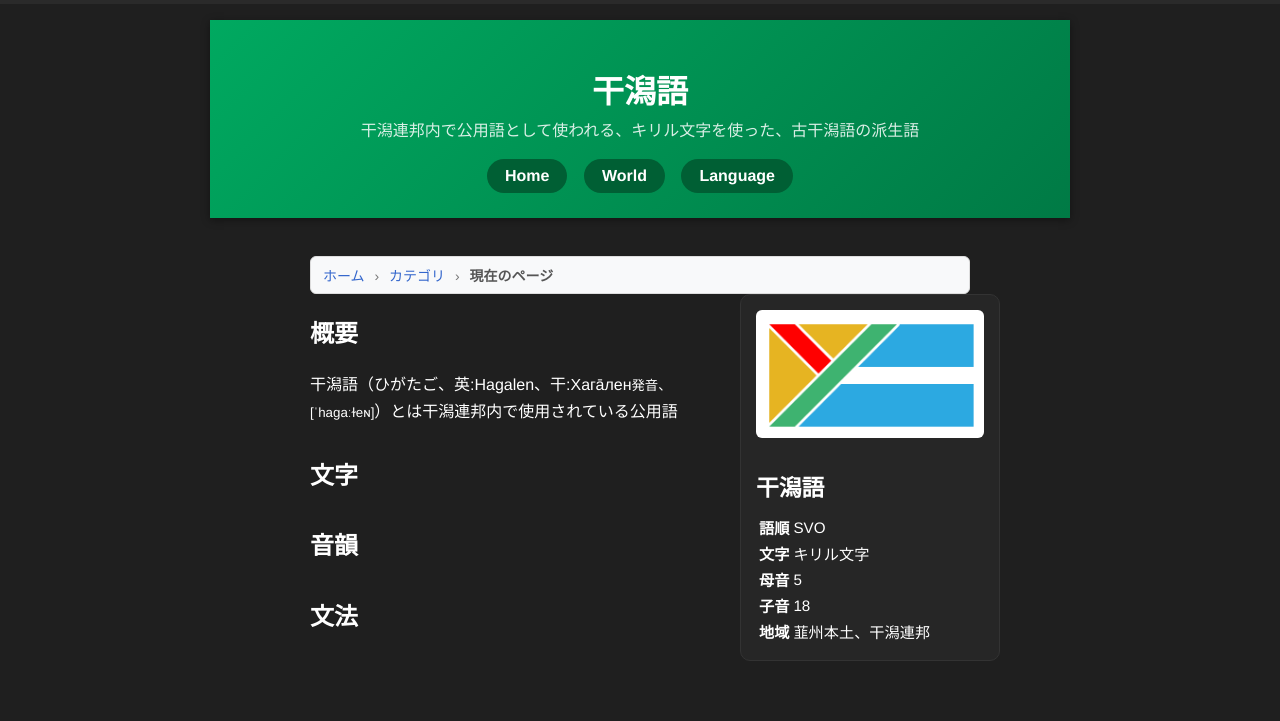
Repository: Player5270-antake/Player5270-antake.github.io
Page: language/hagalen/index.html
The author's editor kept a copy of each file at every save. The page is drawn from the files as they stood at one save, then again after the next save.
The browser window is 1280 px wide. The pictures show the whole page.

Above is the page before, as saved 2026-03-08 22:52:37.

### language/hagalen/index.html
<!DOCTYPE html>
<html lang="ja">
<head>
    <meta charset="UTF-8">
    <meta name="viewport" content="width=device-width, initial-scale=1.0">
    <title>干潟語 | あんたけのガレージセンター</title>
    <link rel="stylesheet" href="../../css/base.css">
    <link rel="stylesheet" href="../../css/layout.css">
    <link rel="stylesheet" href="../../css/header.css">
    <link rel="stylesheet" href="../../css/subpage.css">
</head>
<body class="subpage">
    <div class="progress-bar">
        <div class="progress"></div>
    </div>
    <div class="container">
        <header>
            <h1>干潟語</h1>
            <p>干潟連邦内で公用語として使われる、キリル文字を使った、古干潟語の派生語</p>
            <nav class="header-nav">
                <a href="../../">Home</a>
                <a href="../../world/">World</a>
                <a href="../">Language</a>
            </nav>
        </header>
        <main>
            <nav class="breadcrumb">
                <a href="../../">ホーム</a>
                <span class="sep">›</span>
                <a href="/category">カテゴリ</a>
                <span class="sep">›</span>
                <span class="current">現在のページ</span>
            </nav>
            <button class="toc-toggle" id="tocToggle">
            <span></span>
            <span></span>
            <span></span>
            </button>

            <nav class="toc" id="toc">
            <ul id="tocList">
            </ul>
            </nav>

            <div class="page-layout">

            <article class="article">

            <section id="overview">
            <h2>概要</h2>
            <p>干潟語（ひがたご、英:Hagalen、干:Хага̄лен<small>発音、[ˈhaɡaːɫeɴ]</small>）とは干潟連邦内で使用されている公用語</p>
            </section>

            <section id="character">
            <h2>文字</h2>
            </section>

            <section id="phonology">
            <h2>音韻</h2>
            </section>

            <section id="grammar">
            <h2>文法</h2>
            </section>

            </article>

            <aside class="infobox">
                <img src="../../image/flag_hagalen.png" alt="言語旗">
                <h2>干潟語</h2>

                <table>

                <tr>
                <th>語順</th>
                <td>SVO</td>
                </tr>

                <tr>
                <th>文字</th>
                <td>キリル文字</td>
                </tr>

                <tr>
                <th>母音</th>
                <td>5</td>
                </tr>

                <tr>
                <th>子音</th>
                <td>18</td>
                </tr>

                <tr>
                <th>地域</th>
                <td>韮州本土、干潟連邦</td>
                </tr>
                </table>
            </aside>
        </main>
    </div>
    <script src="../../javascript/toc.js" defer></script>
    <script src="../../javascript/progress.js" defer></script>
    <script src="../../javascript/toc-toggle.js" defer></script>
</body>
</html>

### css/base.css
/* リセット・基本 */
*{
    box-sizing:border-box;
}

body{
    background-color:#1f1f1f;
    color:white;
    font-family:'Helvetica Neue','Helvetica','Arial',sans-serif;
    margin:0;
}

html{
    scroll-behavior:smooth;
}

.container{
    max-width:900px;
    margin:0 auto;
    padding:20px;
}

/* 見出し */
h2{
    margin-bottom:10px;
}

/* セクション */
section{
    margin-bottom:30px;
}

/*検索ボックス*/
.search-box{
    position:relative;
    margin-top:10px;
}

#searchInput{
    padding:6px;
    border-radius:6px;
    border:none;
}

#searchResults{
    position:absolute;
    background:#2a2a2a;
    width:200px;
    border-radius:6px;
    margin-top:4px;
}

#searchResults div{
    padding:6px;
}

#searchResults a{
    color:white;
    text-decoration:none;
}

### css/layout.css
/* メイン */
main{
    padding:20px;
    margin-top:20px;
    max-width:700px;
    margin:auto;
}

/* フッター */
footer{
    margin-top:40px;
    padding:25px;
    text-align:center;
    background:#181818;
    border-top:1px solid #333;
}

.footer-nav{
    margin-top:10px;
}

.footer-nav a{
    text-decoration:none;
    color:#aaa;
    margin:0 10px;
}

.footer-nav a:hover{
    color:white;
}

/* スクロールバー */
.progress-bar{
    position:fixed;
    top:0;
    left:0;
    width:100%;
    height:4px;
    background:#2a2a2a;
    z-index:2000;
}

.progress{
    height:100%;
    width:0%;
    background:#4a90e2;
    transition:width 0.1s;
}

/*パンくずリスト*/
.breadcrumb {
    font-size: 14px;
    padding: 8px 12px;
    background: #f8f9fa;
    border: 1px solid #ddd;
    border-radius: 6px;
}

.breadcrumb a {
    text-decoration: none;
    color: #3366cc;
}

.breadcrumb a:hover {
    text-decoration: underline;
}

.breadcrumb .sep {
    margin: 0 6px;
    color: #777;
}

.breadcrumb .current {
    color: #555;
    font-weight: bold;
}

### css/header.css
header{
    background:linear-gradient(135deg,#00a960,#007a45);
    padding:25px;
    text-align:center;
    z-index:1000;
    box-shadow:0 2px 8px rgba(0,0,0,0.4);
}

header h1{
    margin-bottom:5px;
    font-size:32px;
}

header p{
    margin-top:0;
    opacity:0.85;
}

/* ナビ */
nav{
    margin-top:18px;
}

.header-nav a{
    text-decoration:none;
    color:white;
    background-color:#005f34;
    padding:8px 18px;
    margin:0 6px;
    border-radius:20px;
    font-weight:bold;
    display:inline-block;
}

.header-nav a:hover{
    background-color:#004d2b;
    transform:translateY(-2px);
}

### css/subpage.css
/* ヘッダー固定なし */
header{
    position:static;
}

/* 記事 */
.article{
    max-width:800px;
    line-height:1.7;
}

/* ページレイアウト */
.page-layout{
    display:grid;
    grid-template-columns:1fr 250px;
    gap:40px;
}

/* 目次 */
.toc-toggle{
    position:fixed;
    top:20px;
    left:20px;
    width:40px;
    height:40px;
    background:#262626;
    border:1px solid #333;
    border-radius:8px;
    cursor:pointer;
    display:none;
    z-index:2000;
    }

    .toc-toggle span{
    display:block;
    width:20px;
    height:2px;
    background:white;
    margin:6px auto;
}

.toc{
    position:fixed;
    top:80px;
    left:20px;
    background:#262626;
    border:1px solid #333;
    border-radius:10px;
    padding:12px;
    display:none;
    min-width:180px;
}

.toc ul{
    list-style:none;
    padding:0;
    margin:0;
}

.toc a{
    display:block;
    padding:5px;
    color:white;
    text-decoration:none;
    border-radius:5px;
}

.toc a:hover{
    background:#333;
}

.toc a.active{
    background:#333;
    color:#4da3ff;
    font-weight:bold;
}

.toc.open{
    display:block;
}

/* infobox */
.infobox{
    float:right;
    width:260px;
    background:#262626;
    border:1px solid #333;
    border-radius:10px;
    padding:15px;
    margin:0 0 20px 20px;
    font-size:0.95em;
}

.infobox img{
    width:100%;
    border-radius:6px;
    margin-bottom:10px;
}

/* スマホ */
@media (max-width:900px){

    .page-layout{
        grid-template-columns:1fr;
    }

    .toc{
        position:static;
    }

    .infobox{
        float:none;
        width:100%;
        margin:20px 0;
    }

}

### javascript/toc.js
const tocList = document.getElementById("tocList");
const sections = document.querySelectorAll("section");

sections.forEach(section => {

const id = section.id;
const title = section.querySelector("h2").textContent;

const li = document.createElement("li");
const link = document.createElement("a");

link.href = "#" + id;
link.textContent = title;

li.appendChild(link);
tocList.appendChild(li);

});

### javascript/progress.js
window.addEventListener("scroll", () => {

    const scrollTop =
    document.documentElement.scrollTop;

    const scrollHeight =
    document.documentElement.scrollHeight -
    document.documentElement.clientHeight;

    const progress = (scrollTop / scrollHeight) * 100;

    document.querySelector(".progress").style.width =
    progress + "%";
});

### javascript/toc-toggle.js
const button = document.querySelector(".toc-toggle");
const toc = document.querySelector(".toc");

window.addEventListener("scroll", () => {

if(window.scrollY > 300){
button.style.display = "block";
}else{
button.style.display = "none";
}

});

button.addEventListener("click", () => {

toc.classList.toggle("open");

});

After the next save:
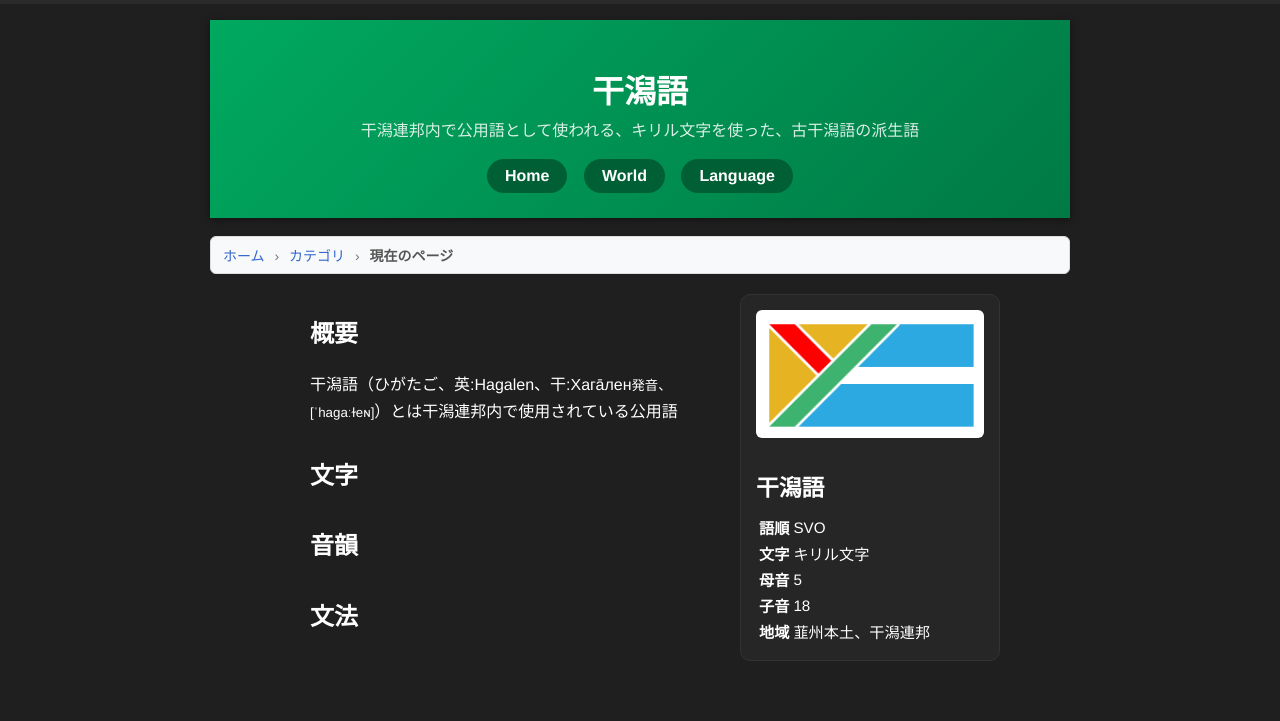
Saved 9 h 50 min later.
--- a/language/hagalen/index.html
+++ b/language/hagalen/index.html
@@ -23,14 +23,15 @@
                 <a href="../">Language</a>
             </nav>
         </header>
-        <main>
-            <nav class="breadcrumb">
+        <nav class="breadcrumb">
                 <a href="../../">ホーム</a>
                 <span class="sep">›</span>
                 <a href="/category">カテゴリ</a>
                 <span class="sep">›</span>
                 <span class="current">現在のページ</span>
             </nav>
+        <main>
+
             <button class="toc-toggle" id="tocToggle">
             <span></span>
             <span></span>
